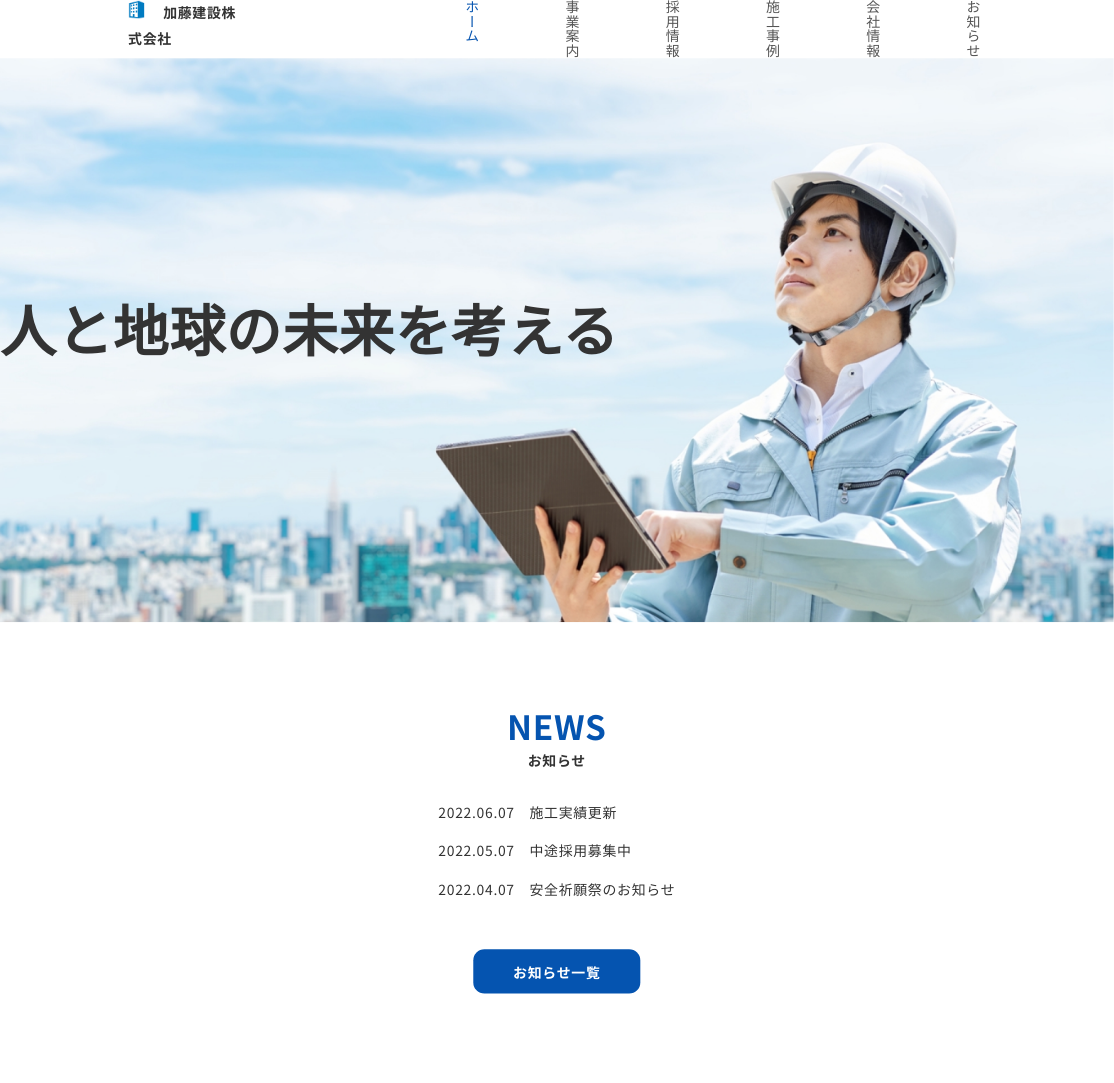
Repository: nozomi-23/hp1_test
Page: index.html
An editor plug-in stored every save of this project. The page is shown before and after a run of saves, followed by the edit.
The browser window is 1280 px wide. The pictures show the whole page, at 87% of full size.

Above is the page before, as saved 2022-06-12 11:21:16.

### index.html
<!DOCTYPE html>
<html lang="ja">
<head>
<meta charset="UTF-8">
<title>加藤建設 株式会社</title>
<meta name="description" content="人と地球の未来を考える 加藤建設 株式会社">
<meta name="keywords" content="建築,土木,インフラ">
<meta name="viewport" content="width=device-width, initial-scale=1.0">
<meta property="og:title" content="建築依頼なら「加藤建設 株式会社」">
<meta property="og:type" content="article">
<meta property="og:url" content="https://withcode-plus.tech">
<meta property="og:image" content="img/logo.png">
<meta property="og:description" content="確かな技術力が自慢、インフラから地域貢献まで加藤建設にお任せ下さい">
<meta property="og:site_name" content="加藤建設 株式会社">
<link rel="icon" href="img/favicon.ico">
<link rel="apple-touch-icon" sizes="180x180" href="img/logo.png">
<link rel="preconnect" href="https://fonts.googleapis.com">
<link rel="preconnect" href="https://fonts.gstatic.com" crossorigin>
<link href="https://fonts.googleapis.com/css2?family=Noto+Sans+JP:wght@400;500;700&family=Noto+Serif+JP&display=swap"
  rel="stylesheet">
<link rel="stylesheet" type="text/css" href="css/reset.css">
<link rel="stylesheet" type="text/css" href="css/common1.css">
<link rel="stylesheet" type="text/css" href="css/index.css">
</head>
<body>
  <!-- =========header -->
  <header>
    <div class="header_wrapper">
      <div class="header_inner">
        <h1 class="header_left">加藤建設株式会社</h1>
        <nav class="header_right" >
          <ul class="header_list">
            <li><a href="#" class="color">ホーム</a></li>
            <li><a href="html/business.html">事業案内</a></li>
            <li><a href="html/recruit.html">採用情報</a></li>
            <li><a href="html/work.html">施工事例</a></li>
            <li><a href="html/company.html">会社情報</a></li>
            <li><a href="html/news.html">お知らせ</a></li>
          </ul>
        </nav>
      </div>
    </div>
  </header>
  <!-- =========main_view -->
  <main>
    <section class="main_wrapper">
      <div class="main_txt">
        <h3>人と地球の未来を考える</h3>
      </div>
    </section>
    <!-- =========news -->
    <section class="news section">
      <div class="news_wrapper">
        <h2 class="title">NEWS<br>
          <small>お知らせ</small></h2>
        <ul class="news_list">
          <li>2022.06.07&emsp;施工実績更新</li>
          <li>2022.05.07&emsp;中途採用募集中</li>
          <li>2022.04.07&emsp;安全祈願祭のお知らせ</li>
        </ul>
        <div class="btn">
          <a href="html/news.html">お知らせ一覧</a>
        </div>
      </div>
    </section>
  </main>
</body>
</html>

### css/reset.css
@charset "UTF-8";

html,
body,
div,
span,
object,
iframe,
h1,
h2,
h3,
h4,
h5,
h6,
p,
blockquote,
pre,
abbr,
address,
cite,
code,
del,
dfn,
em,
img,
ins,
kbd,
q,
samp,
small,
strong,
sub,
sup,
var,
b,
i,
dl,
dt,
dd,
ol,
ul,
li,
fieldset,
form,
label,
legend,
table,
caption,
tbody,
tfoot,
thead,
tr,
th,
td,
article,
aside,
canvas,
details,
figcaption,
figure,
footer,
header,
hgroup,
menu,
nav,
section,
summary,
time,
mark,
audio,
video {
  margin: 0;
  padding: 0;
  border: 0;
  outline: 0;
  font-size: 100%;
  vertical-align: baseline;
  background: transparent;
}

body {
  line-height: 1;
}

article,
aside,
details,
figcaption,
figure,
footer,
header,
hgroup,
menu,
nav,
section {
  display: block;
}

nav ul {
  list-style: none;
}

blockquote,
q {
  quotes: none;
}

blockquote:before,
blockquote:after,
q:before,
q:after {
  content: '';
  content: none;
}

a {
  margin: 0;
  padding: 0;
  font-size: 100%;
  vertical-align: baseline;
  background: transparent;
}

/* change colours to suit your needs */
ins {
  background-color: #ff9;
  color: #000;
  text-decoration: none;
}

/* change colours to suit your needs */
mark {
  background-color: #ff9;
  color: #000;
  font-style: italic;
  font-weight: bold;
}

del {
  text-decoration: line-through;
}

abbr[title],
dfn[title] {
  border-bottom: 1px dotted;
  cursor: help;
}

table {
  border-collapse: collapse;
  border-spacing: 0;
}

/* change border colour to suit your needs */
hr {
  display: block;
  height: 1px;
  border: 0;
  border-top: 1px solid #cccccc;
  margin: 1em 0;
  padding: 0;
}

input,
select {
  vertical-align: middle;
}

### css/common1.css
@charset "UTF-8";

body {
  color: #333;
  letter-spacing: 0.05em;
  line-height: 1.8;
  font-family: 'Noto Sans JP', sans-serif ,'Noto Serif JP',
  serif;
}
li {
  list-style: none;
}

a {
  text-decoration: none;
}
.section {
  margin: 8% 0;
}


/* タイトル */
.title {
  color: #0554B0;
  font-weight: bold;
  font-size: 2.4rem;
  line-height: 0.8;
}
.news_wrapper small {
  font-size: 1rem;
  color: #333;
}
/* ボタン */
.btn {
  background-color: #0554B0;
  width: 15%;
  margin: 0 auto;
  line-height: 2;
  border-radius: 0.8rem;
}
.btn a {
  display: block;
  color: #fff;
  font-weight: bold;
  padding: 5%;
  text-align: center;
}
.btn:hover {
  opacity: 0.5;
}

### css/index.css
@charset "UTF-8";

/* =================
header
===================*/
.header_wrapper {
  display: flex;
  justify-content: center;
}
.header_inner {
  width: 77%;
  display: flex;
  justify-content: space-between;

}
.header_list {
  display: table;
}
.header_list li {
  display: table-cell;
  writing-mode: vertical-rl;
}
.header_list li a {
  color: #555;
}
.header_list li a:hover {
  opacity: 0.5;
}
.header_list li a.color {
  color: #0554B0;
}

.header_left::before {
  content: "";
  background: url(../img/name_icon.png) no-repeat ;
  background-size: contain;
  width: 30%;
  height: 30%;
  z-index: 1;
  display: inline-block;
}

/* =================
main_view
===================*/
.main_wrapper {
  background: url(../img/top_img.png)no-repeat center;
  background-size: cover;
  width: 100%;
  height: 90vh;
}
.main_txt {
  font-size: 4rem;
  font-weight: normal;
  font-family: 'Noto Serif JP';
  position: relative;
  top: 40%;
}
/* =================
news
===================*/
.news {
  text-align: center;
  display: block;
  background-color: ;
}

.news_list {
  padding: 3%;
  text-align: left;
  display: inline-block;

}
.news_list li {
  margin-bottom: 1rem;
}

After the next 2 saves:
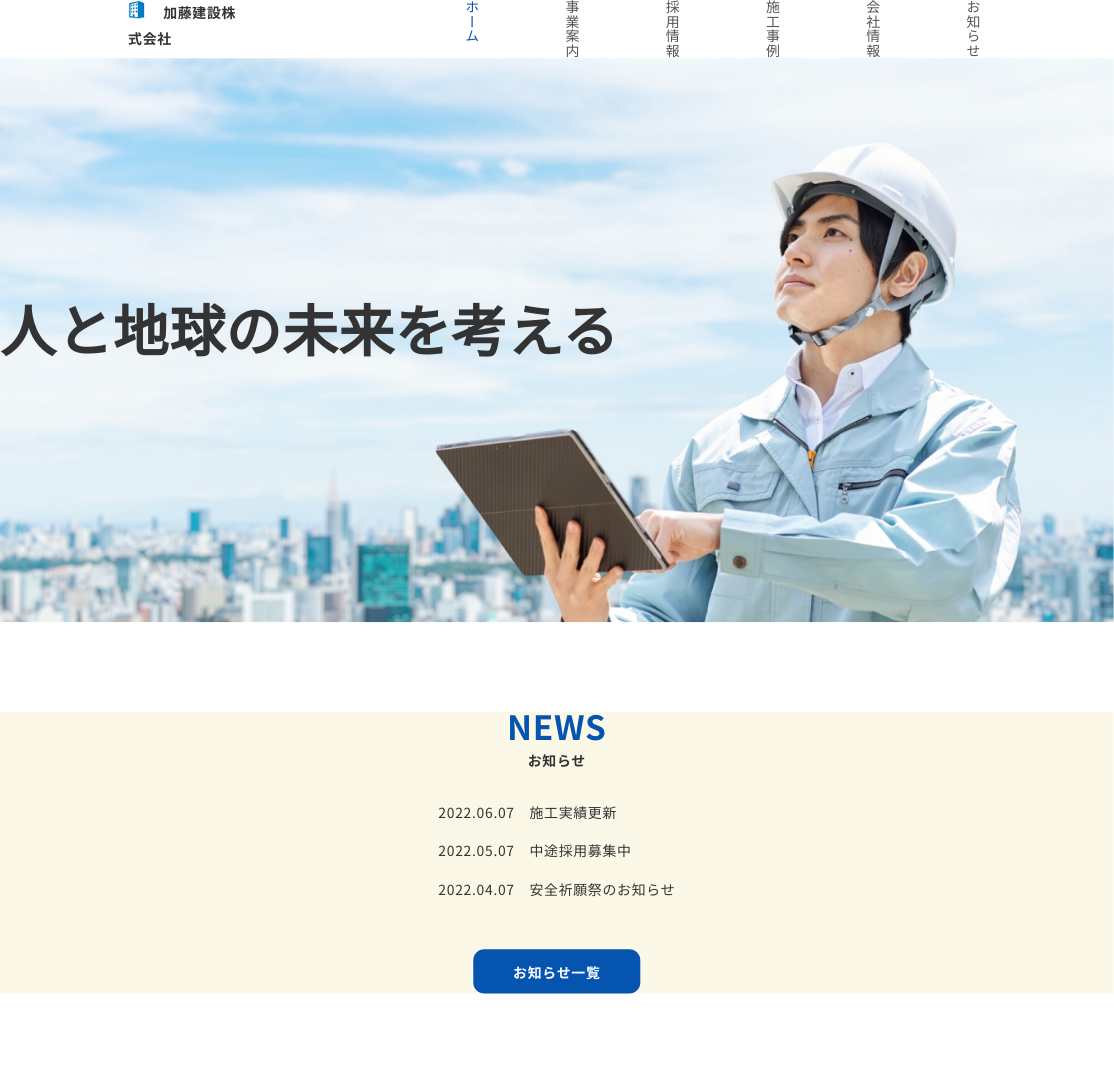
The 2 saves are shown as one change because they came seconds apart.
The last was saved 10 s later.
--- a/css/index.css
+++ b/css/index.css
@@ -62,7 +62,7 @@ news
 .news {
   text-align: center;
   display: block;
-  background-color: ;
+  background-color: #FCF8E8;
 }
 
 .news_list {

After the 2 saves that followed:
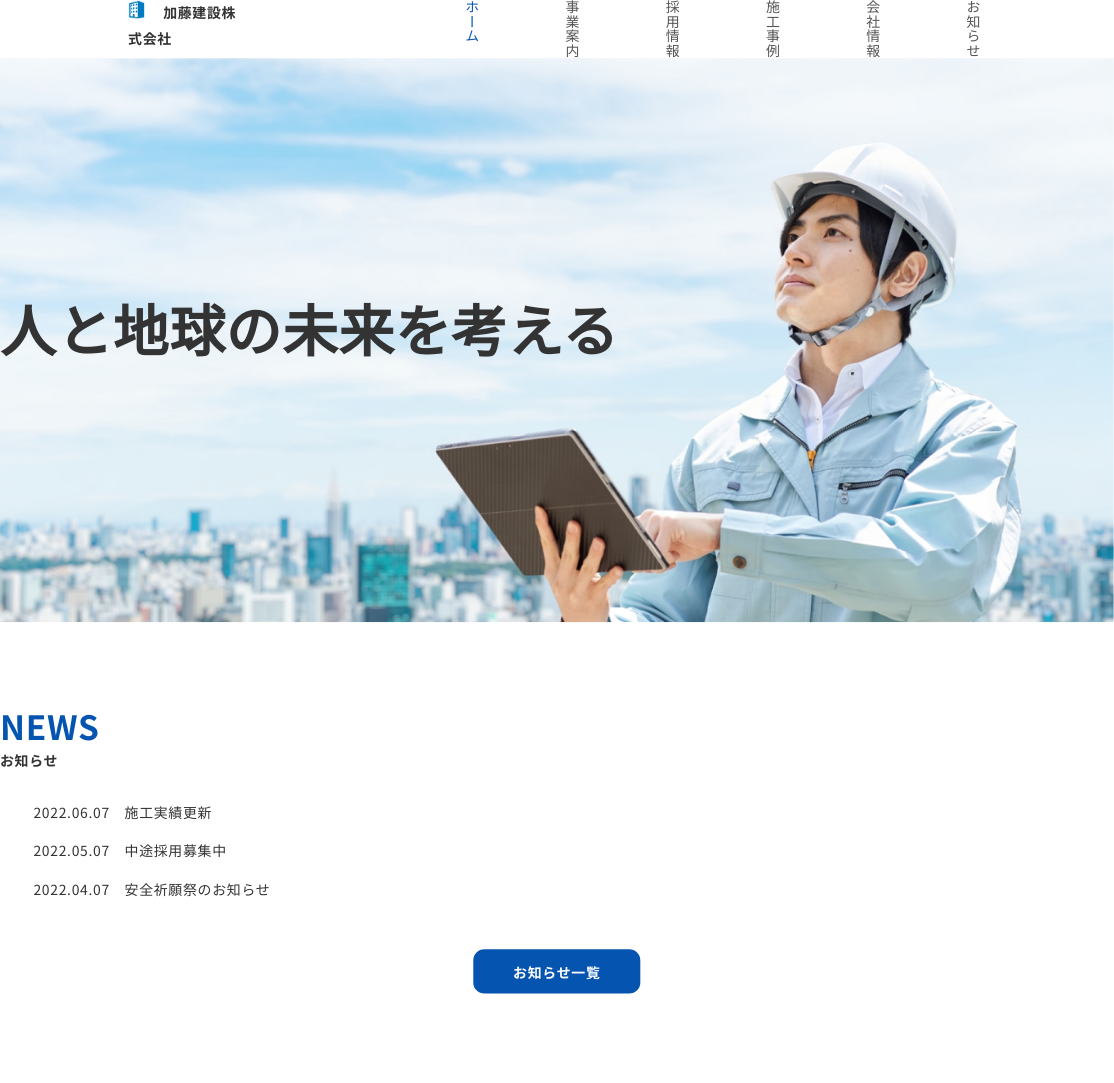
The 2 saves are shown as one change because they came seconds apart.
The last was saved 20 s later.
--- a/css/index.css
+++ b/css/index.css
@@ -59,6 +59,7 @@ main_view
 /* =================
 news
 ===================*/
+.
 .news {
   text-align: center;
   display: block;
